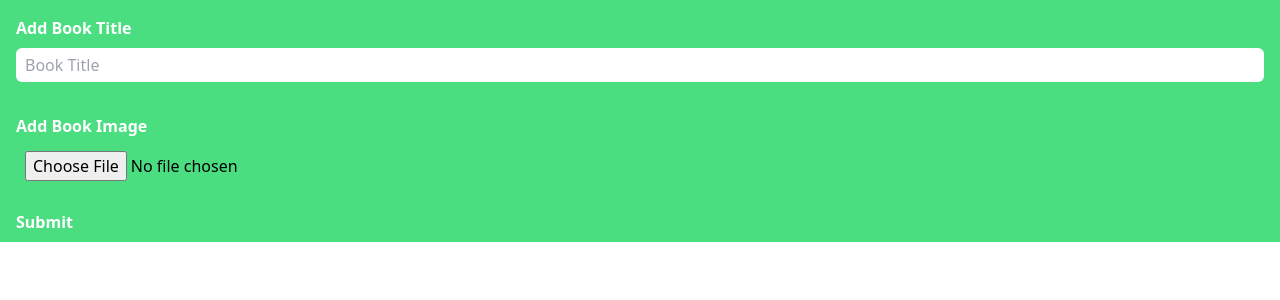
Repository: Marhamat92/booksappwithcontext
Page: /
These files come from the project's save history. The page is drawn as it stood at one moment and after the next save; the edit follows.
The browser window is 1280 px wide. The pictures show the whole page.
The project was rebuilt for these pictures with package versions that can differ from the ones it lists, and the page was loaded fresh each time. Also part of the build but not shown: src/App.css.

Above is the page before, as saved 2022-12-07 14:19:10.

After the next save:
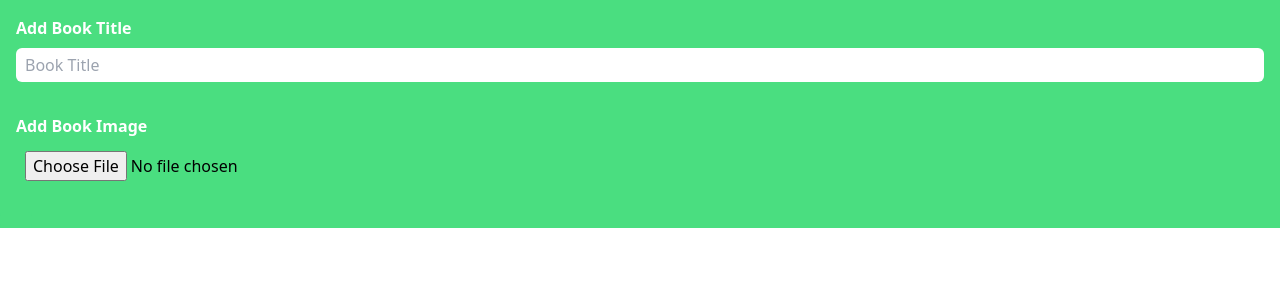
Saved 65 s later.
--- a/src/components/Buttons/MainButton.tsx
+++ b/src/components/Buttons/MainButton.tsx
@@ -1,12 +1,18 @@
 import React from "react";
 
-type Props = {};
+type Props = {
+  buttonText: string;
+  type: "submit" | "reset" | "button";
+};
 
-function MainButton({}: Props) {
+function MainButton({ buttonText, type }: Props) {
   return (
     <div>
-      <button className='bg-green-400 text-white font-bold py-2 px-4 rounded'>
-        Submit
+      <button
+        type={type}
+        className='bg-green-400 text-white font-bold py-2 px-4 rounded'
+      >
+        {buttonText}
       </button>
     </div>
   );

After the save that followed:
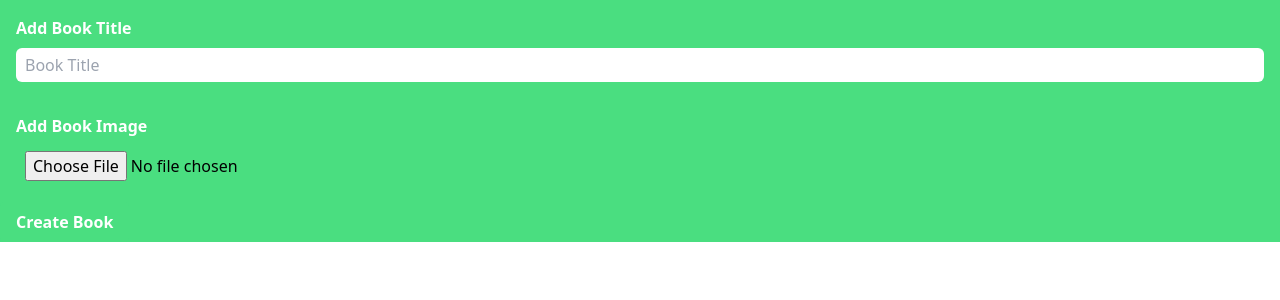
Saved 32 s later.
--- a/src/App.tsx
+++ b/src/App.tsx
@@ -37,7 +37,7 @@ function App() {
             value={image}
             label='Add Book Image'
           />
-          <MainButton />
+          <MainButton type='submit' buttonText='Create Book' />
         </form>
       </div>
     </div>
